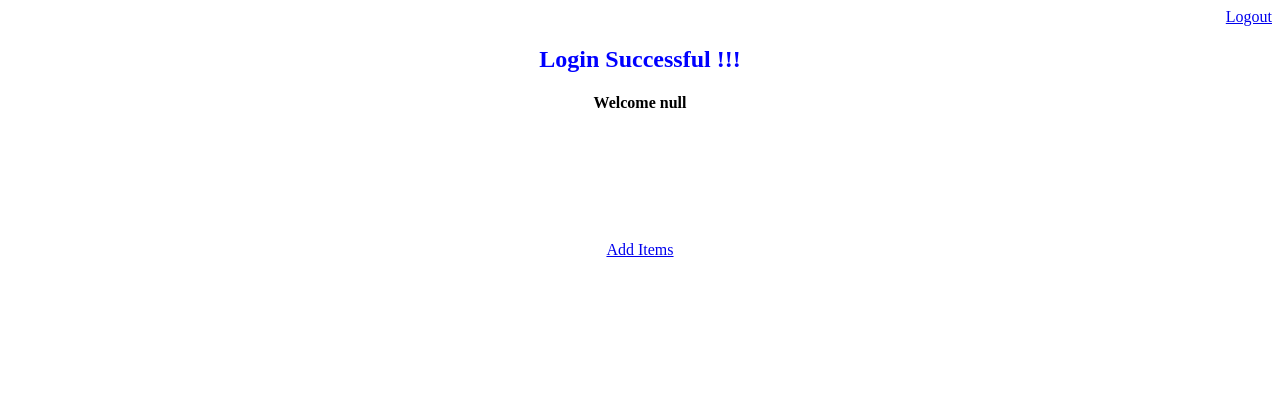
Repository: nirmaniPathiranage/CSSE-Procurement-Management
Page: http://localhost/Item_Management/Home.jsp
The author's editor kept a copy of each file at every save. The page is drawn from the files as they stood at one save, then again after the next save.
The browser window is 1280 px wide. The pictures show the whole page.
The page is served by Tomcat 9.

Above is the page before, as saved 2019-09-28 11:00:38.

After the next save:
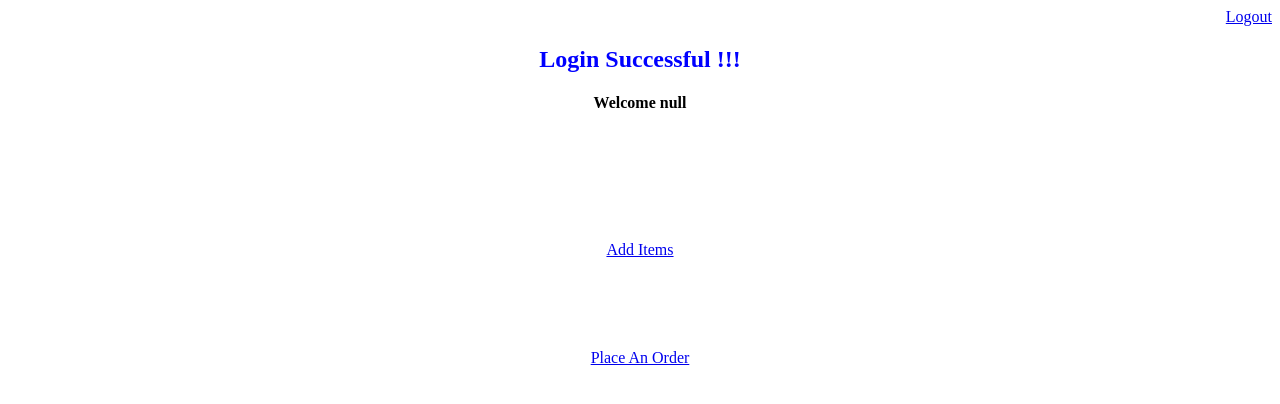
Saved 8 min 4 s later.
--- a/Item_Management/WebContent/Home.jsp
+++ b/Item_Management/WebContent/Home.jsp
@@ -23,6 +23,8 @@
 
 		<br><br><br><br><br><br>
 <a href = "AddItem.jsp">Add Items</a>
+<br><br><br><br><br><br>
+<a href = "PlaceOrder.jsp">Place An Order</a>
 
 </body>
 </html>
